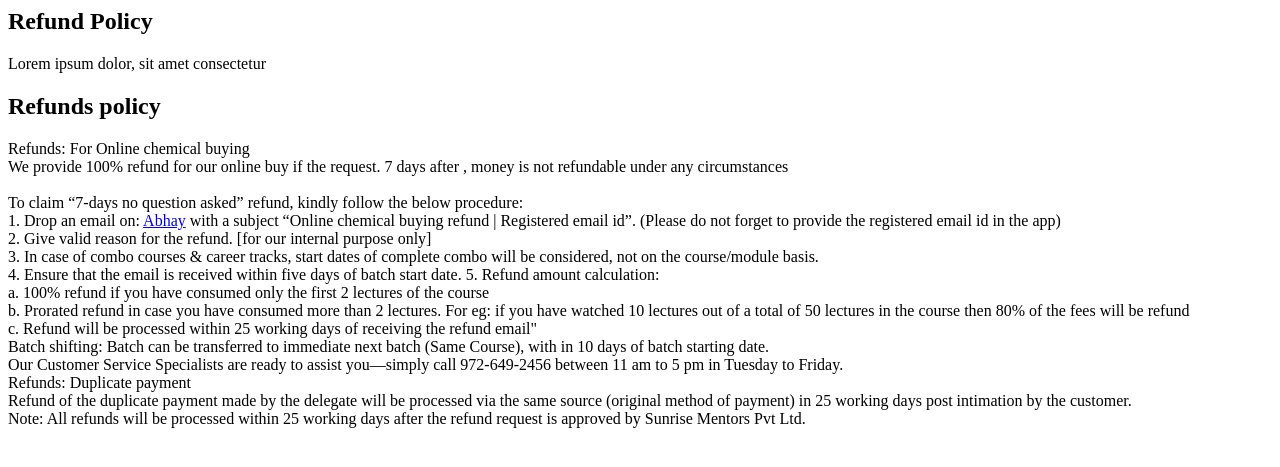
Repository: abhay3690/cheMart
Page: cheMart/cheMart/WebContent/jsp/user/refund.html
An editor plug-in stored every save of this project. The page is shown before and after the next save, followed by the edit.
The browser window is 1280 px wide. The pictures show the whole page.

Above is the page before, as saved 2023-11-07 11:07:49.

### cheMart/cheMart/WebContent/jsp/user/refund.html
<div class="about">
	<h2 class="heading">Refund Policy</h2>
	<p>Lorem ipsum dolor, sit amet consectetur</p>



	<div><h2>Refunds policy</h2>
	Refunds: For Online chemical buying <br>
We provide 100% refund for our online buy if the request. 7 days after , money is not refundable under any
circumstances<br><br>
To claim “7-days no question asked” refund, kindly follow the below procedure:<br>
1. Drop an email on:  <a href="abhaysuthar7777@gmail.com">Abhay</a> with a subject “Online chemical buying
refund | Registered email id”. (Please do not forget to provide the registered
email id in the app)<br>
2. Give valid reason for the refund. [for our internal purpose only]<br>
3. In case of combo courses & career tracks, start dates of complete combo will
be considered, not on the course/module basis.<br>
4. Ensure that the email is received within five days of batch start date.
5. Refund amount calculation:<br>
a. 100% refund if you have consumed only the first 2 lectures of the
course<br>
b. Prorated refund in case you have consumed more than 2 lectures. For
eg: if you have watched 10 lectures out of a total of 50 lectures in the
course then 80% of the fees will be refund<br>
c. Refund will be processed within 25 working days of receiving the
refund email"<br>
Batch shifting: Batch can be transferred to immediate next batch (Same Course),
with in 10 days of batch starting date.<br>
Our Customer Service Specialists are ready to assist you—simply call 972-649-2456 between 11 am to 5 pm in Tuesday to Friday.<br>
Refunds: Duplicate payment
<br>
Refund of the duplicate payment made by the delegate will be processed via the
same source (original method of payment) in 25 working days post intimation by the
customer.
<br>
Note: All refunds will be processed within 25 working days after the refund request is
approved by Sunrise Mentors Pvt Ltd.

	</div>
</div>

After the next save:
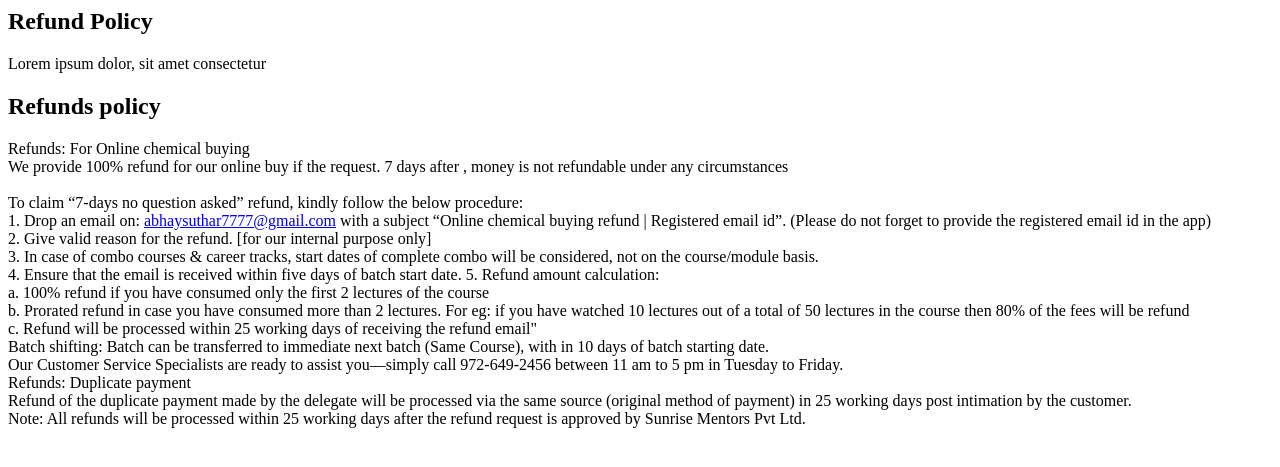
Saved 2 min 11 s later.
--- a/cheMart/cheMart/WebContent/jsp/user/refund.html
+++ b/cheMart/cheMart/WebContent/jsp/user/refund.html
@@ -9,7 +9,7 @@
 We provide 100% refund for our online buy if the request. 7 days after , money is not refundable under any
 circumstances<br><br>
 To claim “7-days no question asked” refund, kindly follow the below procedure:<br>
-1. Drop an email on:  <a href="abhaysuthar7777@gmail.com">Abhay</a> with a subject “Online chemical buying
+1. Drop an email on:  <a href="Abhay">abhaysuthar7777@gmail.com</a> with a subject “Online chemical buying
 refund | Registered email id”. (Please do not forget to provide the registered
 email id in the app)<br>
 2. Give valid reason for the refund. [for our internal purpose only]<br>
